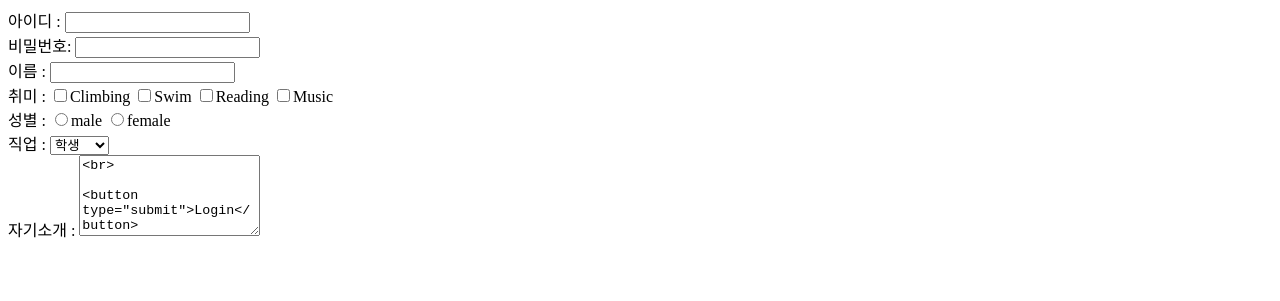
Repository: alsals126/servlet_study_2021
Page: http://localhost/ServletPrj/login_form.jsp
An editor plug-in stored every save of this project. The page is shown before and after the next save, followed by the edit.
The browser window is 1280 px wide. The pictures show the whole page.
The page is served by Tomcat 9.

Above is the page before, as saved 2021-05-11 00:56:02.

After the next save:
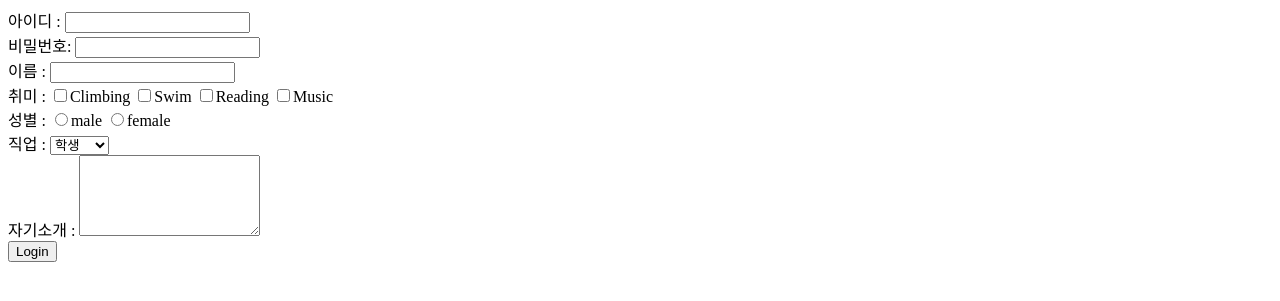
Saved 54 s later.
--- a/ServletPrj/WebContent/login_form.jsp
+++ b/ServletPrj/WebContent/login_form.jsp
@@ -24,7 +24,7 @@
     			<option value="공무원">공무원</option>
     			<option value="무직">무직</option>
 			  </select><br>
-		자기소개 : <textarea rows="5" name="aboutMe"/><br>
+		자기소개 : <textarea rows="5" name="aboutMe"></textarea><br>
 		<button type="submit">Login</button>
 	</form>
 </body>
